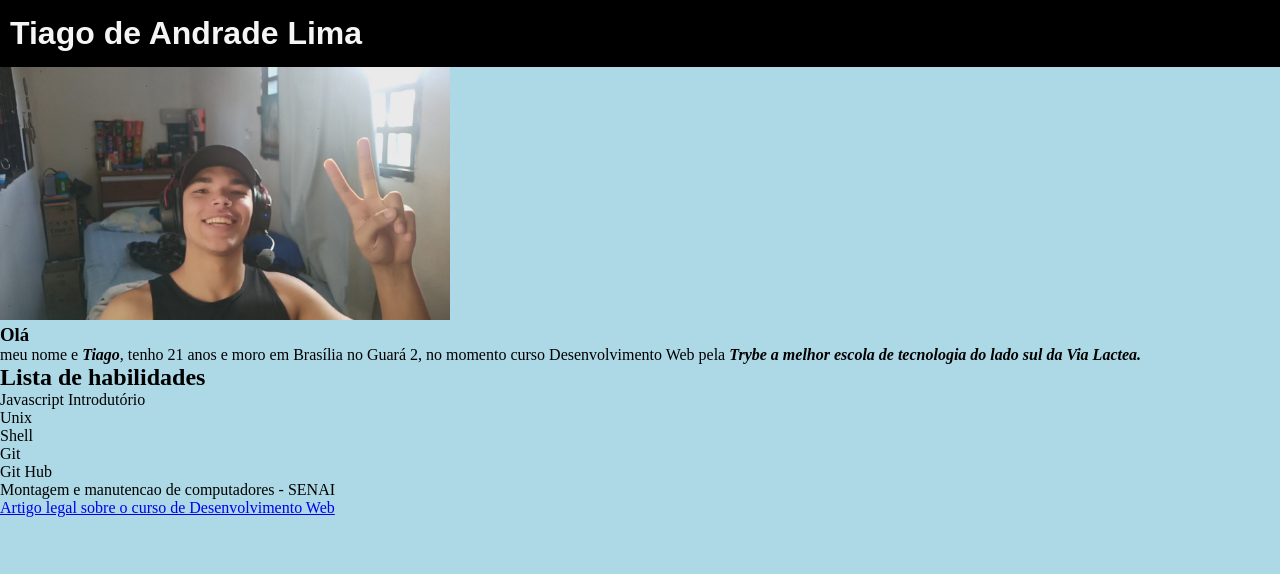
Repository: Batatiago/Batatiago.github.io
Page: index.html
The author's editor kept a copy of each file at every save. The page is drawn from the files as they stood at one save, then again after the next save.
The browser window is 1280 px wide. The pictures show the whole page.

Above is the page before, as saved 2023-06-28 23:35:10.

After the next save:
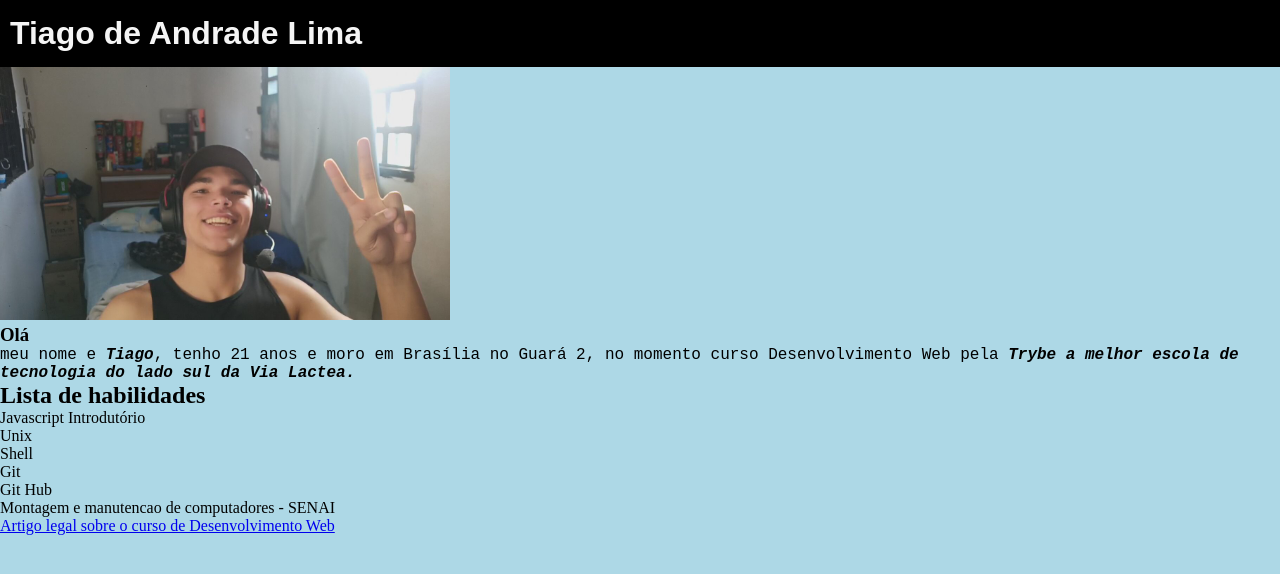
Saved 41 s later.
--- a/style.css
+++ b/style.css
@@ -5,7 +5,7 @@
     padding: 0;
 }
 
-.tiago {
+.tiago h2, p {
     font-family: 'Courier New', Courier, monospace;
 }
 
